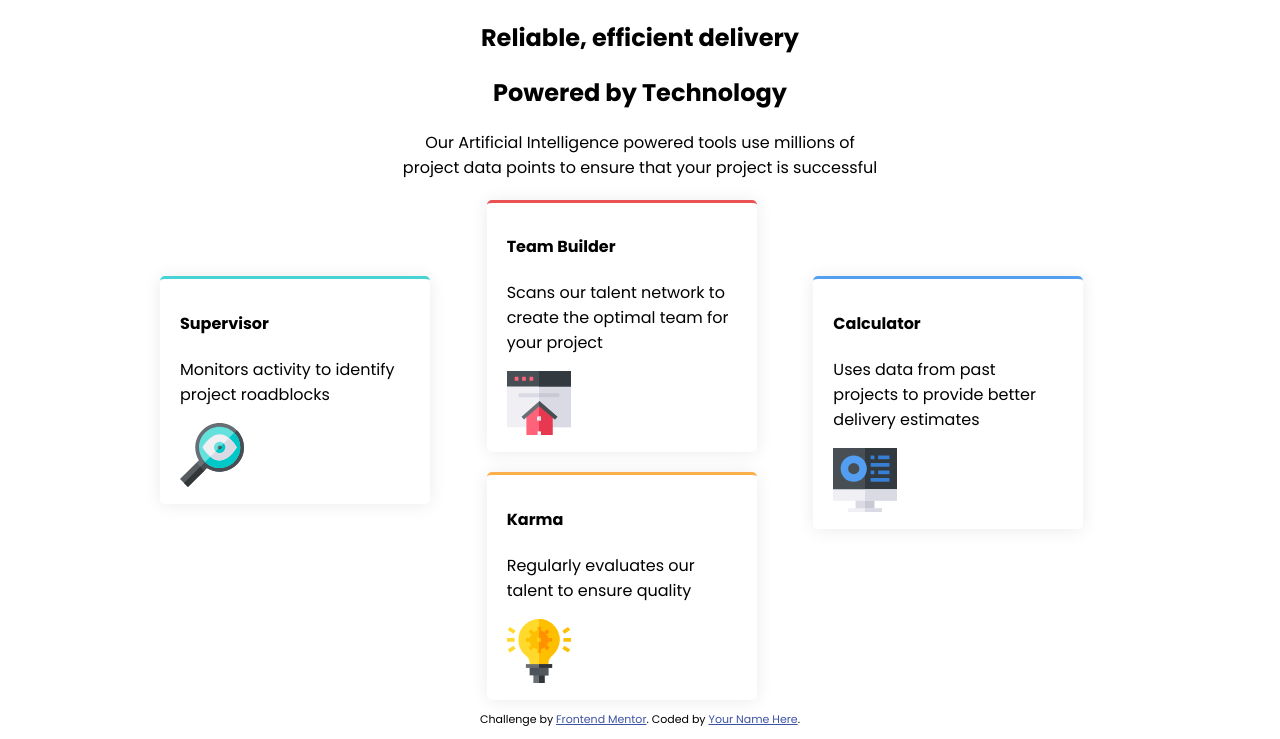
Repository: BuduCE/four-card-feature-section-master
Page: index.html
The author's editor kept a copy of each file at every save. The page is drawn from the files as they stood at one save, then again after a run of saves.
The browser window is 1280 px wide. The pictures show the whole page.

Above is the page before, as saved 2023-06-01 22:39:13.

### index.html
<!DOCTYPE html>
<html lang="en">
<head>
  <meta charset="UTF-8">
  <meta name="viewport" content="width=device-width, initial-scale=1.0"> <!-- displays site properly based on user's device -->

  <link rel="icon" type="image/png" sizes="32x32" href="./images/favicon-32x32.png">

  <title>Frontend Mentor | Four card feature section</title>

  <link rel="stylesheet" href="styles.css">
  <!-- Gogle font family -->
  <link rel="preconnect" href="https://fonts.googleapis.com">
  <link rel="preconnect" href="https://fonts.gstatic.com" crossorigin>
  <link
    href="https://fonts.googleapis.com/css2?family=Montserrat:ital,wght@0,200;0,300;0,400;0,500;0,600;0,700;0,800;0,900;1,200;1,300;1,400;1,500;1,600;1,700;1,800;1,900&family=Poppins:wght@100;200;300;400;500;700;900&display=swap"
    rel="stylesheet">
</head>
<body>
  <h2>Reliable, efficient delivery</h2>
  <h2>Powered by Technology</h2>

  <p class="header_detail">Our Artificial Intelligence powered tools use millions of project data points
  to ensure that your project is successful</p>

  <div class="product_card">
    <div class="card_containers">
      <div class="card specialX a">
        <h4>Supervisor</h4>
        <p>Monitors activity to identify project roadblocks</p>
        <img src="./images/icon-supervisor.svg" alt="">
      </div>
    </div>

    <div class="card_containers special">
      <div class="card b">
        <h4>Team Builder</h4>
        <p>Scans our talent network to create the optimal team for your project</p>
        <img src="./images/icon-team-builder.svg" alt="">
      </div>

      <div class="card c">
        <h4>Karma</h4>
        <p>Regularly evaluates our talent to ensure quality</p>
        <img src="./images/icon-karma.svg" alt="">
      </div>
    </div>

    <div class="card_containers">
      <div class="card specialX d">
        <h4>Calculator</h4>
        <p>Uses data from past projects to provide better delivery estimates</p>
        <img src="./images/icon-calculator.svg" alt="">
      </div>
    </div>
  </div>

  <footer>
    <p class="attribution">
      Challenge by <a href="https://www.frontendmentor.io?ref=challenge" target="_blank">Frontend Mentor</a>.
      Coded by <a href="#">Your Name Here</a>.
    </p>
  </footer>
</body>
</html>

### styles.css
.attribution {
    font-size: 11px;
    text-align: center;
}

.attribution a {
    color: hsl(228, 45%, 44%);
}

body {
    font-family: 'Poppins', sans-serif;
    text-align: center;
    width: 75%;
    margin: auto;
}
.header_detail{
    width: 50%;
    margin: auto;
}
.product_card{
    display: grid;
    grid-template-columns: 1fr 1fr 1fr;
    /* display: flex;
    align-items: center; */
    gap: 20px;
    width: 100%;
    margin: auto;
    margin-top: 20px;
}
.card{
    padding: 10px 20px;
    width: 75%;
    text-align: left;
    -webkit-box-shadow: 0px 1px 18px 0px rgba(235, 235, 235, 1);
        -moz-box-shadow: 0px 1px 18px 0px rgba(235, 235, 235, 1);
        box-shadow: 0px 1px 18px 0px rgba(235, 235, 235, 1);
        border-radius: 5px;
}
.specialX{
    margin-top: 25%;
}
.special{
    display: flex;
    flex-direction: column;
    gap: 20px;
}
.a{
    border-top: 3px solid hsl(180, 62%, 55%);
}
.b{
    border-top: 3px solid hsl(0, 78%, 62%);
}
.c{
    border-top: 3px solid hsl(34, 97%, 64%);
}
.d{
    border-top: 3px solid hsl(212, 86%, 64%);
}
.card img{

}

### images/icon-supervisor.svg
<svg xmlns="http://www.w3.org/2000/svg" width="64" height="64"><g fill="none"><path fill="#676E74" d="M56.842 7.158c-9.526-9.563-24.902-9.525-34.428 0-8.025 8.026-9.45 20.44-3.525 30.003l-2.513 2.55-1.356 6.144 4.214 4.214 5.093-2.408 2.512-2.55a24.254 24.254 0 0030.003-3.525c9.563-9.526 9.525-24.902 0-34.428z"/><path fill="#474F54" d="M24.327 47.661l2.512-2.55a24.254 24.254 0 0030.003-3.525c9.563-9.526 9.525-24.902 0-34.428l-40.26 40.26 2.652 2.651 5.093-2.408z"/><path fill="#64E1DC" d="M54.213 9.787a20.56 20.56 0 00-14.585-6.041C28.236 3.746 19 12.98 19 24.372a20.564 20.564 0 006.041 14.586 20.564 20.564 0 0014.586 6.04c11.392 0 20.626-9.234 20.626-20.626a20.56 20.56 0 00-6.041-14.585z"/><path fill="#00C8C8" d="M60.254 24.372a20.56 20.56 0 00-6.041-14.585l-29.17 29.17A20.564 20.564 0 0039.627 45c11.392 0 20.626-9.235 20.626-20.627z"/><path fill="#EFEFF4" d="M56.239 23.41c-.184-.307-2.98-4.914-7.281-8.368-2.63-2.113-5.822-3.796-9.33-3.796-9.242 0-16.314 11.669-16.61 12.165l-.576.961.575.961c.184.309 2.98 4.916 7.28 8.37 2.631 2.112 5.823 3.795 9.33 3.795 9.243 0 16.315-11.668 16.612-12.165l.574-.96-.574-.962z"/><path fill="#DADAE5" d="M56.239 25.333l.574-.96-.574-.962c-.184-.308-2.98-4.915-7.281-8.369l-18.66 18.66c2.63 2.113 5.822 3.796 9.33 3.796 9.242 0 16.314-11.668 16.61-12.165z"/><path fill="#64E1DC" d="M43.604 20.396a5.607 5.607 0 00-3.976-1.65 5.632 5.632 0 00-5.626 5.626c0 1.551.631 2.958 1.65 3.976a5.609 5.609 0 003.976 1.65 5.632 5.632 0 005.625-5.626c0-1.55-.63-2.957-1.649-3.976z"/><path fill="#00C8C8" d="M45.253 24.372c0-1.55-.63-2.957-1.649-3.976l-7.952 7.952a5.608 5.608 0 003.976 1.65 5.632 5.632 0 005.625-5.626z"/><path fill="#676E74" d="M40.954 23.046a1.876 1.876 0 10-1.326 3.2 1.876 1.876 0 001.326-3.2z"/><path fill="#474F54" d="M41.503 24.372c0-.517-.21-.986-.55-1.326l-2.65 2.652a1.876 1.876 0 003.2-1.326z"/><path fill="#575C60" d="M20.333 43.667l-3.957-3.957L0 56.049l3.975 3.976L7.951 64l16.376-16.339z"/><path fill="#333637" d="M24.327 47.661l-3.994-3.994L3.975 60.025 7.951 64z"/></g></svg>

After the next 3 saves:
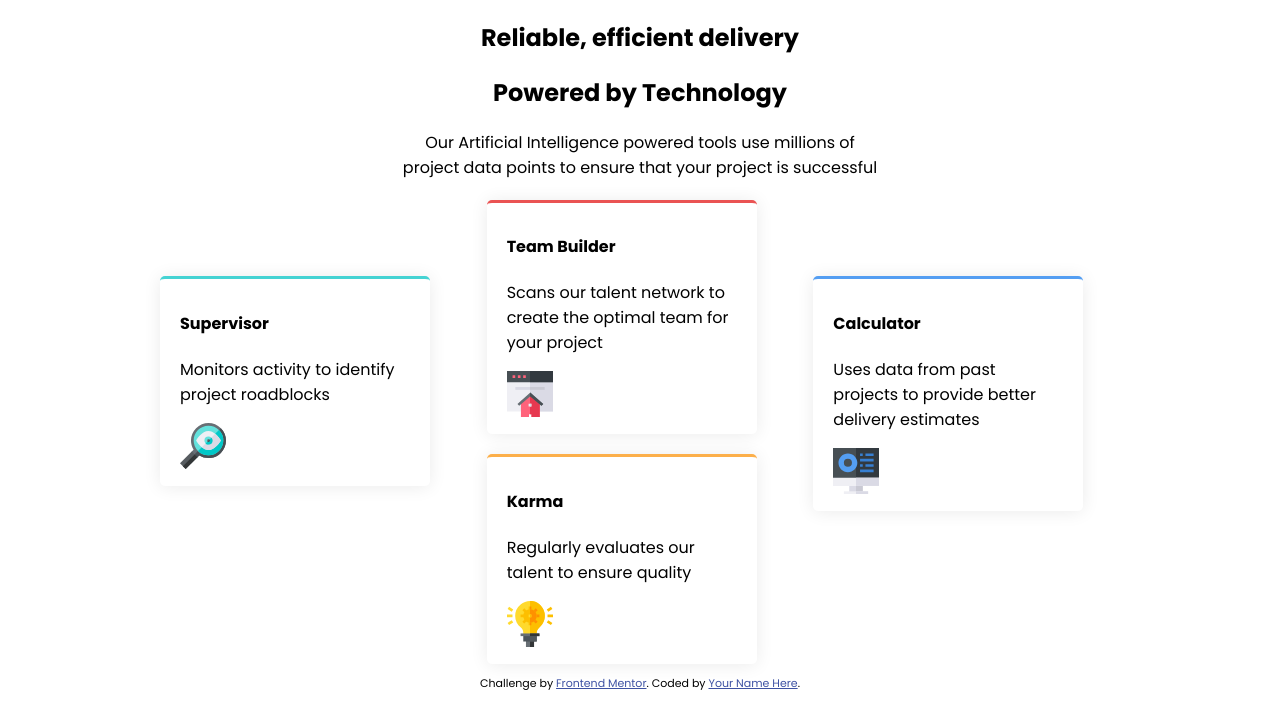
The 3 saves are shown as one change because they came seconds apart.
The last was saved 25 s later.
--- a/styles.css
+++ b/styles.css
@@ -57,5 +57,5 @@ body {
     border-top: 3px solid hsl(212, 86%, 64%);
 }
 .card img{
-
+    width: 20%;
 }
